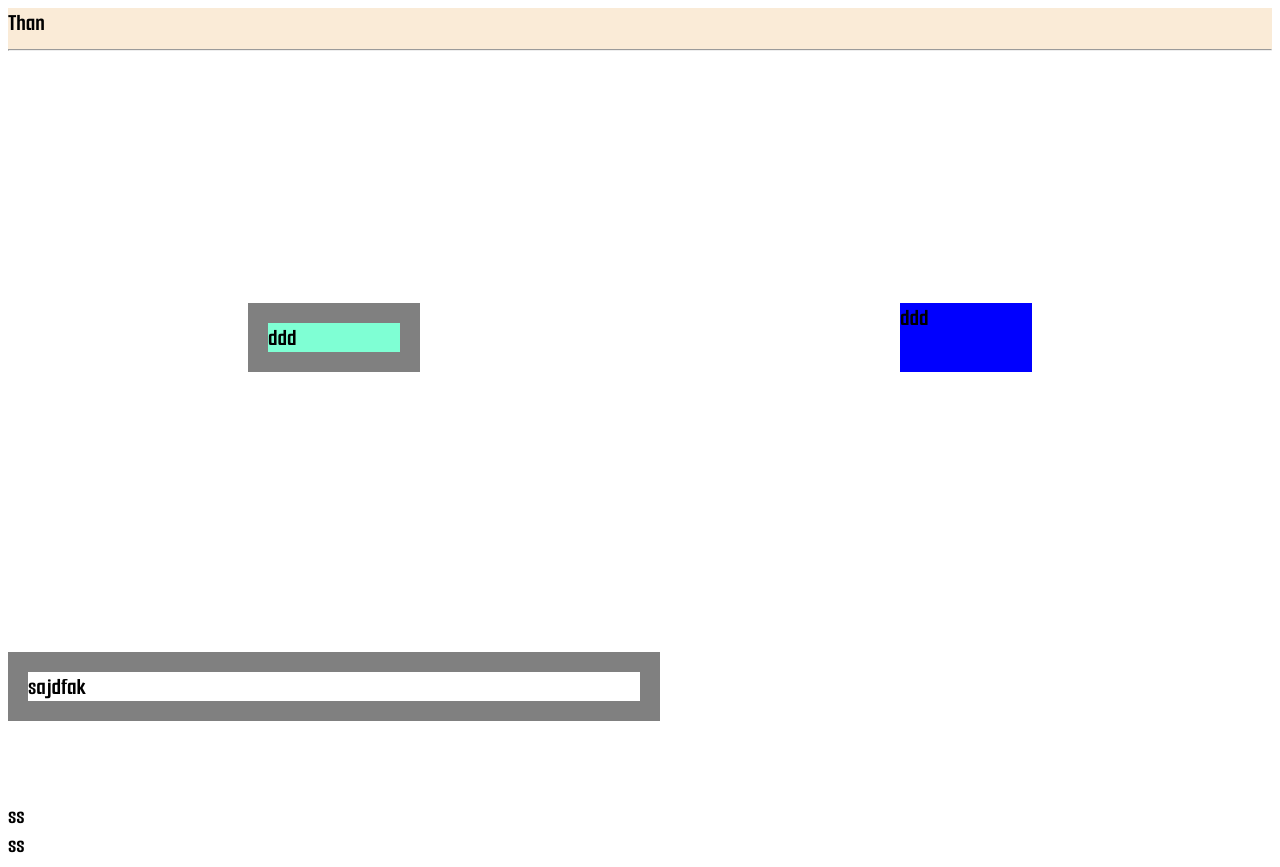
Repository: Than-dot/Than-dot
Page: index.html
An editor plug-in stored every save of this project. The page is shown before and after a run of saves, followed by the edit.
The browser window is 1280 px wide. The pictures show the whole page.

Above is the page before, as saved 2026-04-22 12:43:19.

### index.html
<!doctype html>
<html lang="en">
  <head>
    <meta charset="UTF-8" />
    <meta name="viewport" content="width=device-width, initial-scale=1.0" />
    <title>Than</title>
    <link rel="stylesheet" href="styles/global.css" />
    <link rel="stylesheet" href="styles/index.css" />
  </head>

  <body>
    <header>
      <nav>Than</nav>
      <hr />
    </header>
    <main class="container">
      <article class="f-art">ddd</article>
      <aside class = "f-asi">ddd</aside>
      <article class="stats">sajdfak</article>
    </main>
    <article>ss</article>
    <aside>ss</aside>
  </body>
</html>

### styles/global.css
@font-face {
  font-family: Smooch-Sans;
  src: url(/assets/font/Roboto,Smooch_Sans/Smooch_Sans/SmoochSans-VariableFont_wght.ttf);
}

body {
  font-family: Smooch-Sans, sans-serif;
  font-weight: bold;
  font-size: 1.5rem;
}

### styles/index.css
.container {
  display: grid;
  grid-template-columns: auto auto;
}

header {
  background-color: antiquewhite;
}

.f-art {
  background-color: aquamarine;
  margin: 15rem;
  border: 20px solid grey;
}

.f-asi {
  background-color: blue;
  margin: 15rem;
}

.stats {
  margin-top: 2.5rem;
  margin-bottom: 5rem;
  border: 20px solid grey;

}

After the next 5 saves:
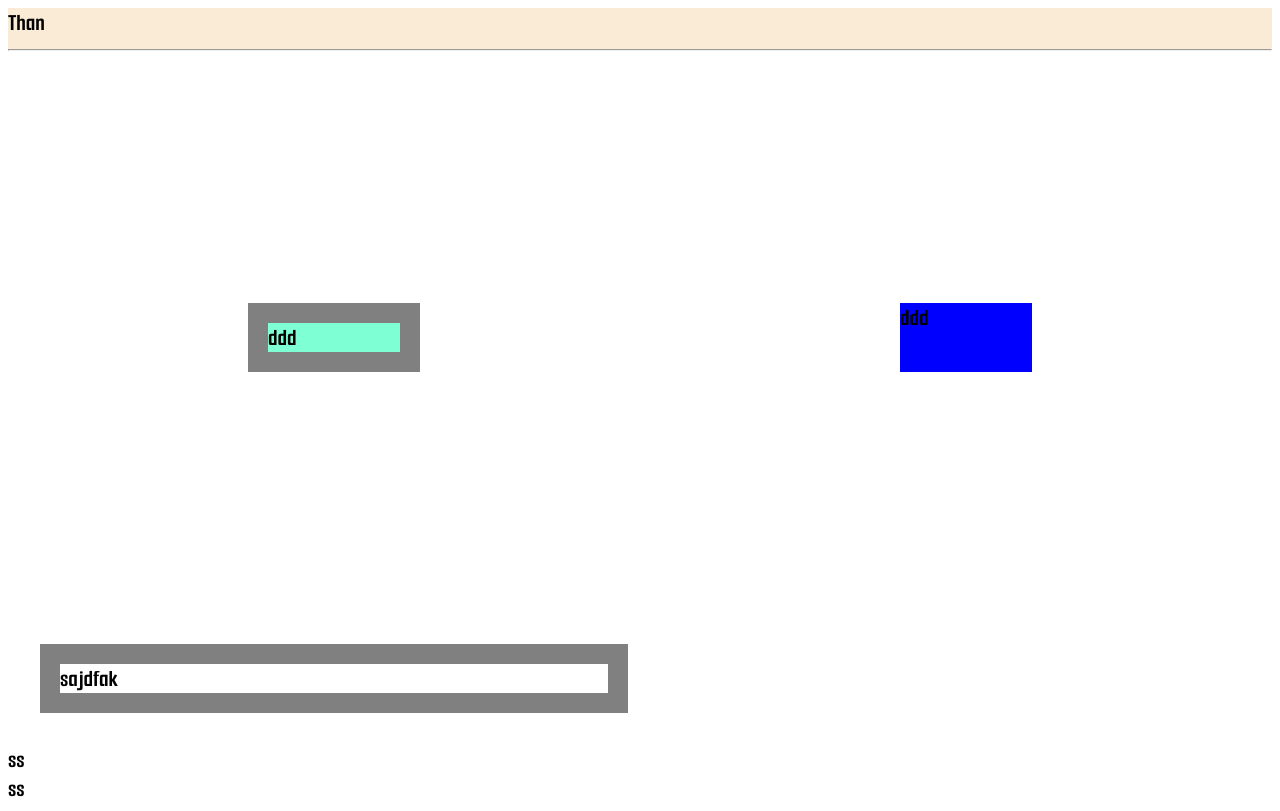
The 5 saves are shown as one change because they came seconds apart.
The last was saved 20 s later.
--- a/styles/index.css
+++ b/styles/index.css
@@ -21,6 +21,6 @@ header {
 .stats {
   margin-top: 2.5rem;
   margin-bottom: 5rem;
+  margin: 2rem;
   border: 20px solid grey;
-
 }
